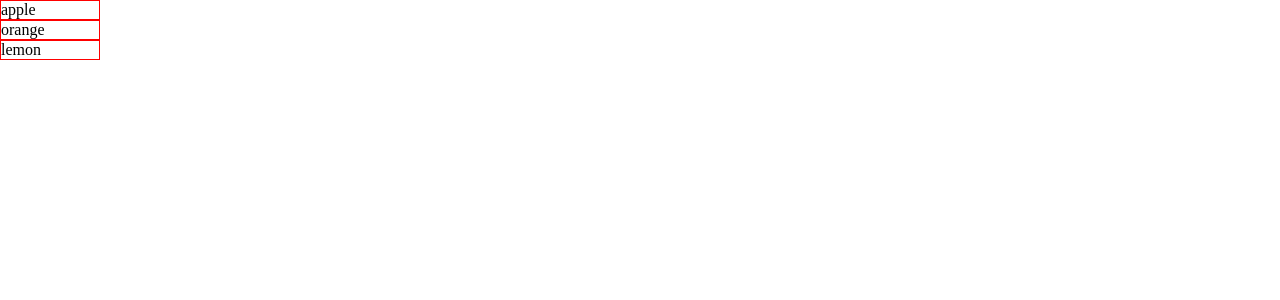
Repository: chenguocan/Vue_demo_1
Page: 基础案例.html
These files come from the project's save history. The page is drawn as it stood at one moment and after a run of saves; the edit follows.
The browser window is 1280 px wide. The pictures show the whole page.

Above is the page before, as saved 2020-07-20 16:19:27.

After the next 2 saves:
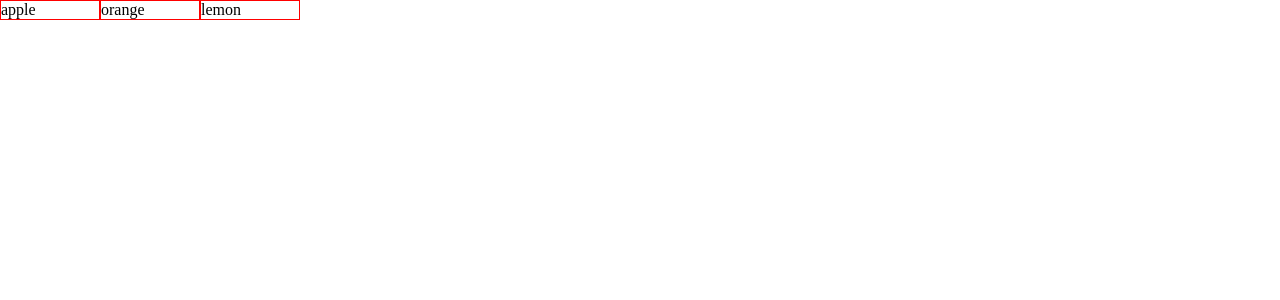
The 2 saves are shown as one change because they came seconds apart.
The last was saved 14 s later.
--- a/基础案例.html
+++ b/基础案例.html
@@ -16,7 +16,7 @@
       }
       ul {
         display: flex;
-        flex-direction: column;
+        flex-direction: row;
         list-style: none;
       }
       ul > li {
